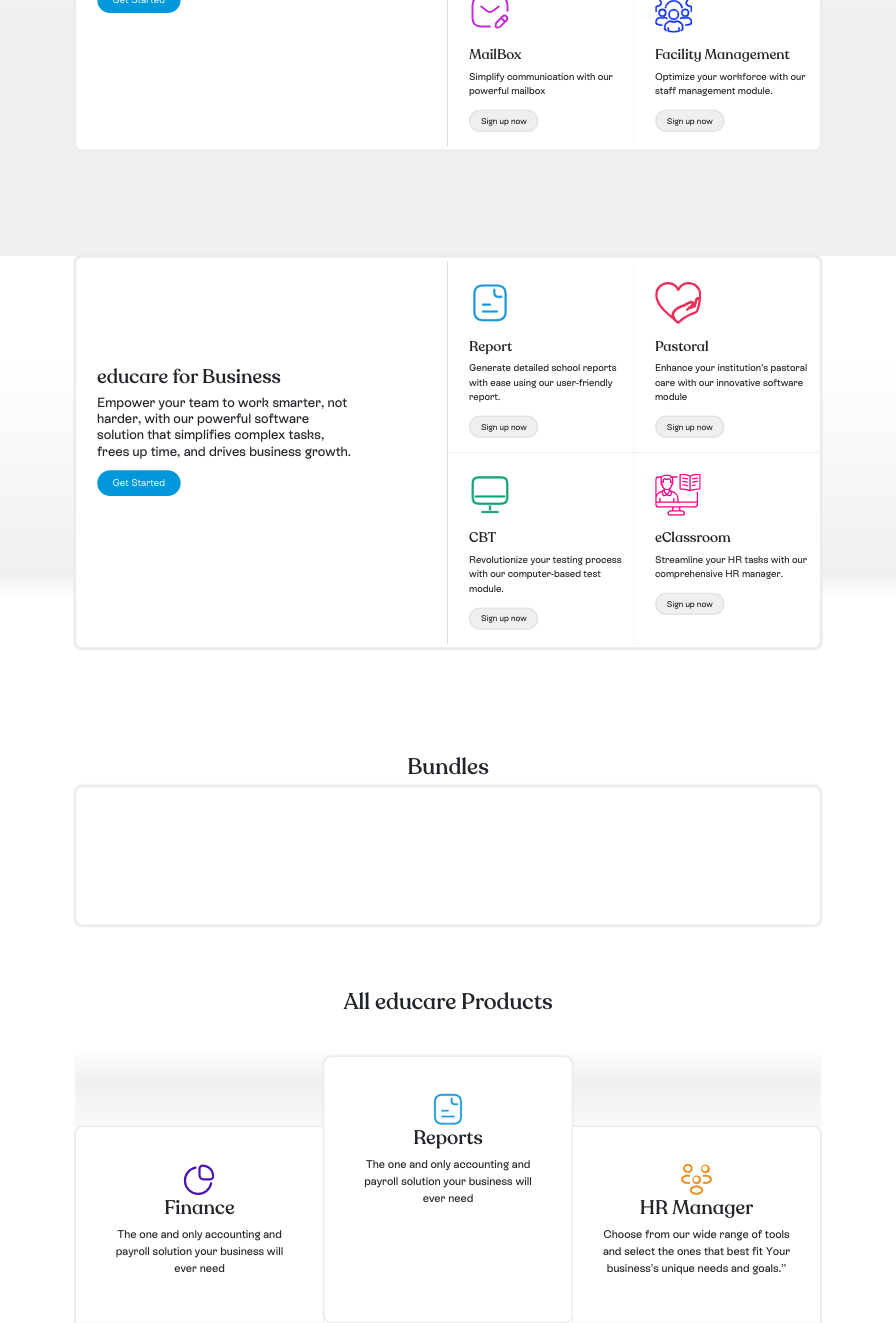
Repository: sarahnnanyelugo/educare-web
Page: /
The author's editor kept a copy of each file at every save. The page is drawn from the files as they stood at one save, then again after the next save.
The browser window is 1280 px wide. The pictures show the part of the page from y = 1524 to 3444 px (the page is 3414 px tall before and 3444 px after), at 70% of full size.
The project was rebuilt for these pictures with package versions that can differ from the ones it lists, and the page was loaded fresh each time.

Above is the page before, as saved 2023-04-05 10:45:20.

After the next save:
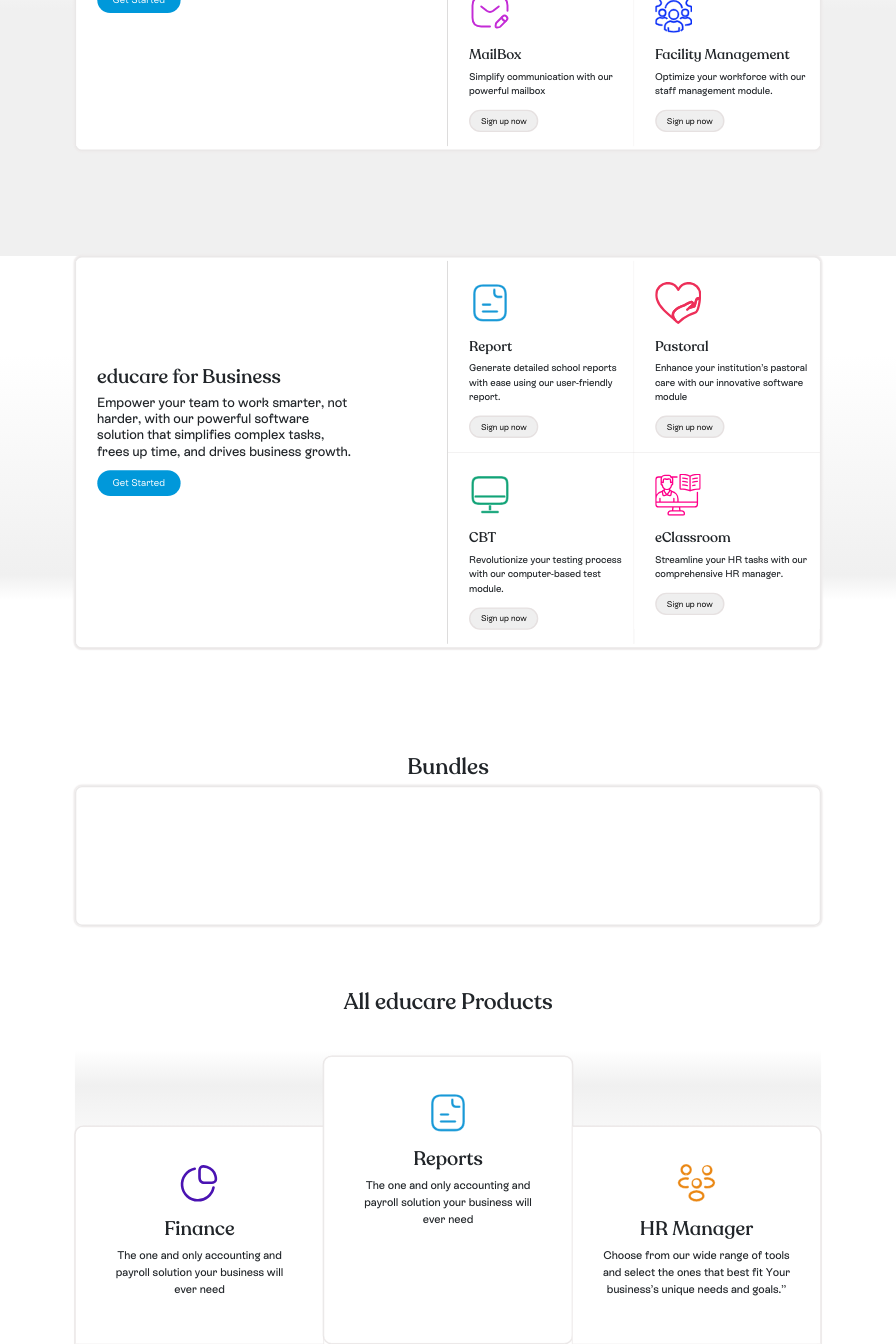
Saved 31 s later.
--- a/src/pages/Home/EducareProducts/educare-products.scss
+++ b/src/pages/Home/EducareProducts/educare-products.scss
@@ -1,5 +1,6 @@
 .educare-products {
   img {
-    height: 50px;
+    height: 60px;
+    margin-bottom: 20px;
   }
 }
